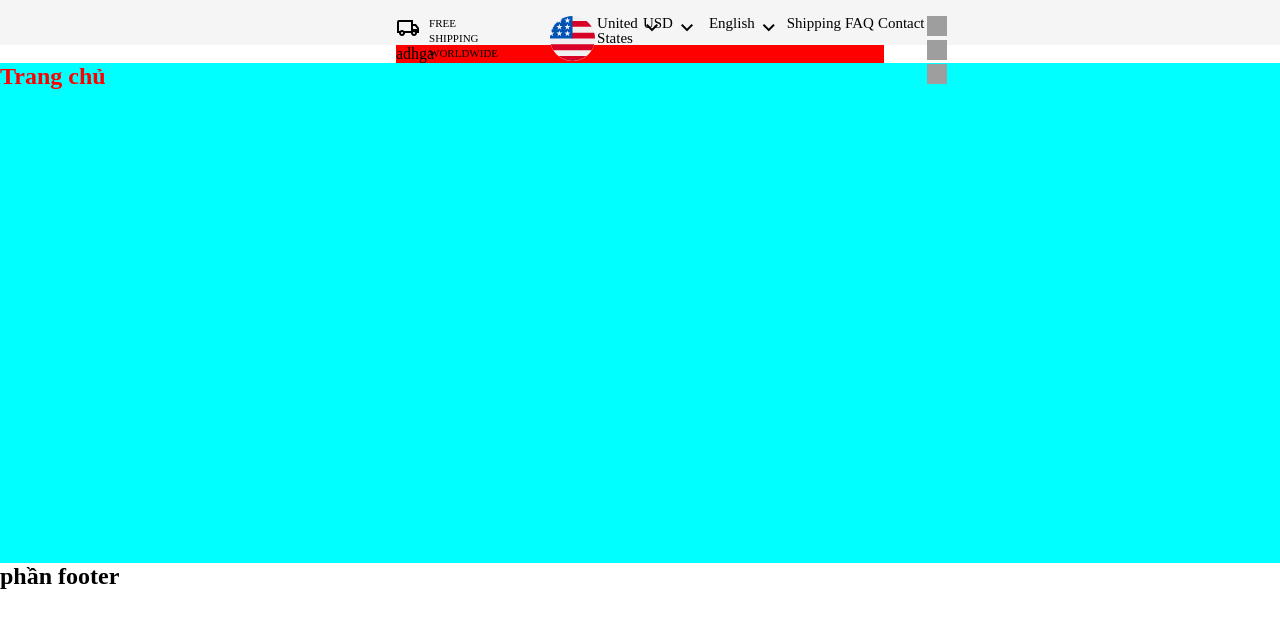
Repository: tatvanhco/shopper
Page: /
The author's editor kept a copy of each file at every save. The page is drawn from the files as they stood at one save, then again after a run of saves.
The browser window is 1280 px wide. The pictures show the whole page.
Pictures or frames that could not be fetched are drawn as grey boxes. The project was rebuilt for these pictures with package versions that can differ from the ones it lists, and the page was loaded fresh each time.

Above is the page before, as saved 2022-09-24 11:56:39.

After the next 4 saves:
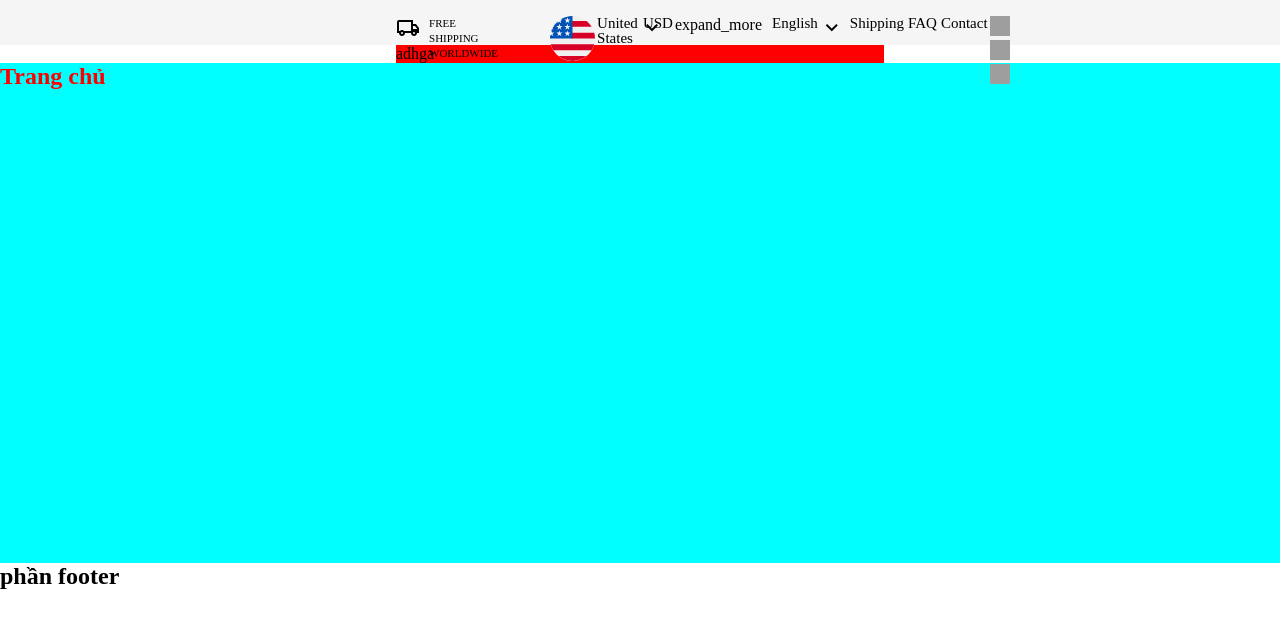
The 4 saves are shown as one change because they came seconds apart.
The last was saved 104 s later.
--- a/src/components/header/header.tsx
+++ b/src/components/header/header.tsx
@@ -48,7 +48,7 @@
                                     <li className={clsx('headerContactRightItem', 'd-flex', 'p-4p')}>
                                         <div className={clsx(styles.nation, 'd-flex')}>
                                             <p className={clsx('title')}>USD</p>
-                                            <span className="material-symbols-outlined">expand_more</span>
+                                            <span className={clsx('')}>expand_more</span>
                                         </div>
                                     </li>
                                     <li className={clsx('headerContactRightItem', 'd-flex', 'p-4p')}>

After the save that followed:
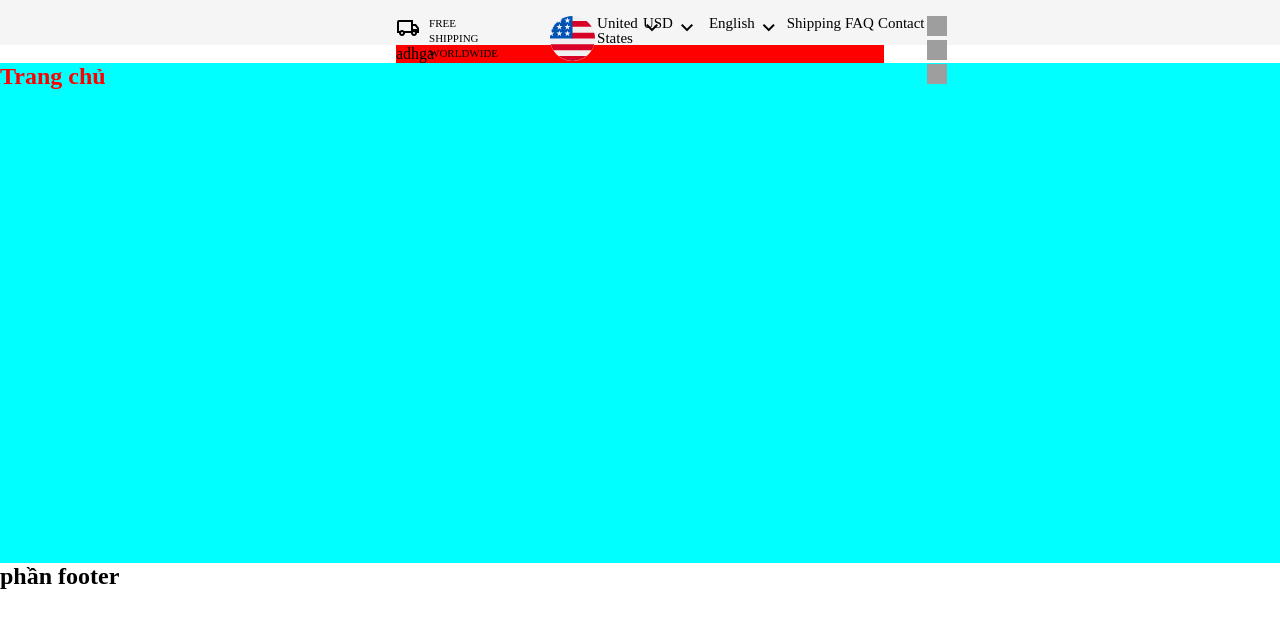
Saved 10 s later.
--- a/src/components/header/header.tsx
+++ b/src/components/header/header.tsx
@@ -48,7 +48,7 @@
                                     <li className={clsx('headerContactRightItem', 'd-flex', 'p-4p')}>
                                         <div className={clsx(styles.nation, 'd-flex')}>
                                             <p className={clsx('title')}>USD</p>
-                                            <span className={clsx('')}>expand_more</span>
+                                            <span className={clsx('material-symbols-outlined')}>expand_more</span>
                                         </div>
                                     </li>
                                     <li className={clsx('headerContactRightItem', 'd-flex', 'p-4p')}>
